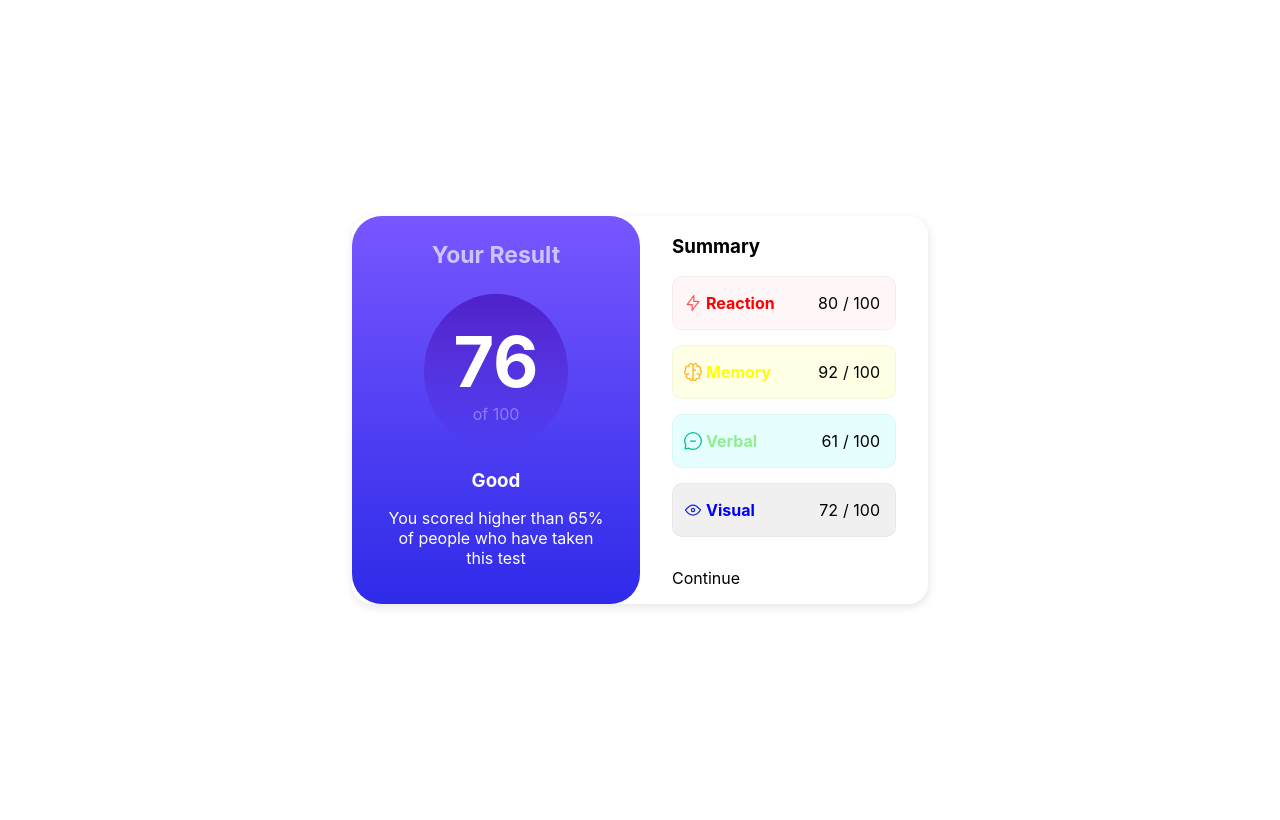
Repository: JeanPaulBassil/Result-Summary-Design
Page: /
These files come from the project's save history. The page is drawn as it stood at one moment and after the next save; the edit follows.
The browser window is 1280 px wide. The pictures show the whole page.
The project was rebuilt for these pictures with package versions that can differ from the ones it lists, and the page was loaded fresh each time.

Above is the page before, as saved 2023-02-24 18:19:25.

After the next save:
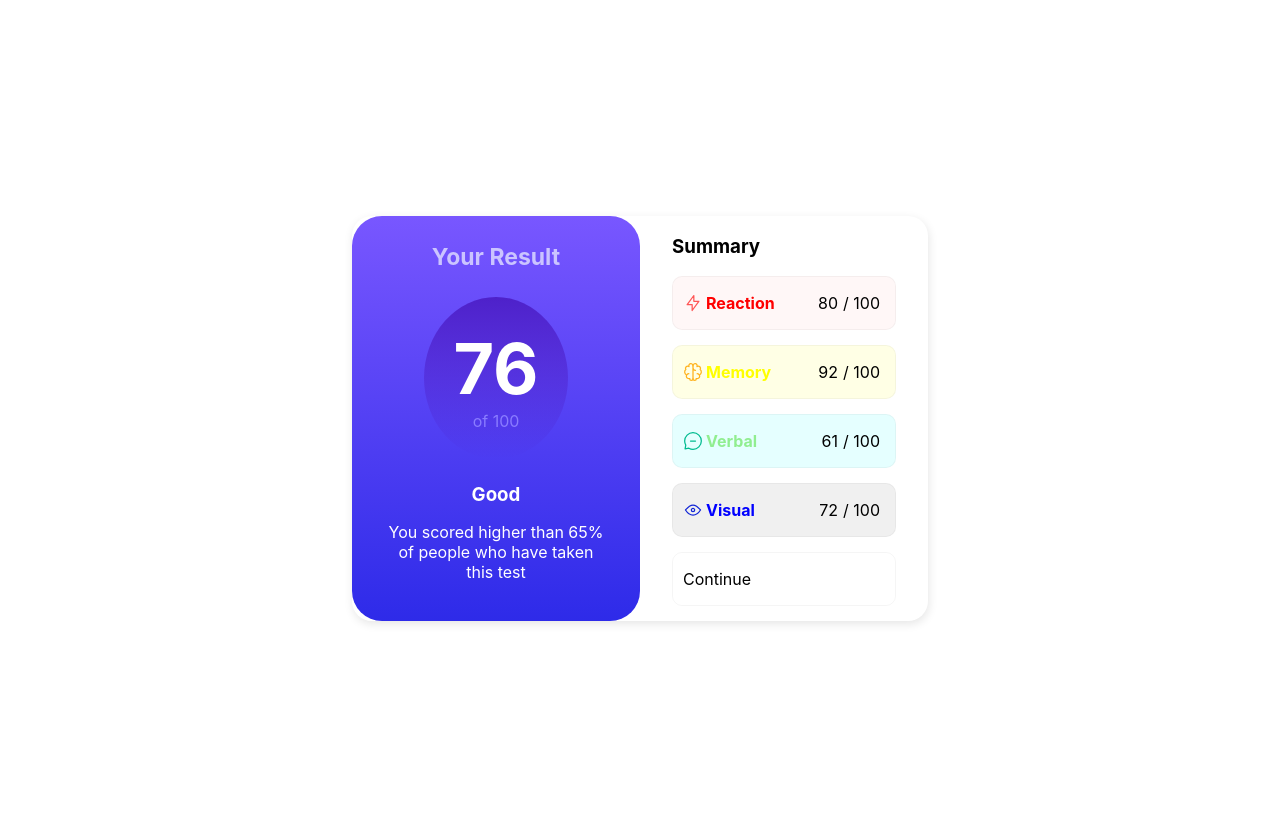
Saved 8 s later.
--- a/src/Components/Summary/Summary.css
+++ b/src/Components/Summary/Summary.css
@@ -7,7 +7,7 @@
     padding: 0 10px;
 }
 
-display {
+.button {
     display: flex;
     justify-content: space-between;
     border: 1px solid rgba(0, 0, 0, .04);
